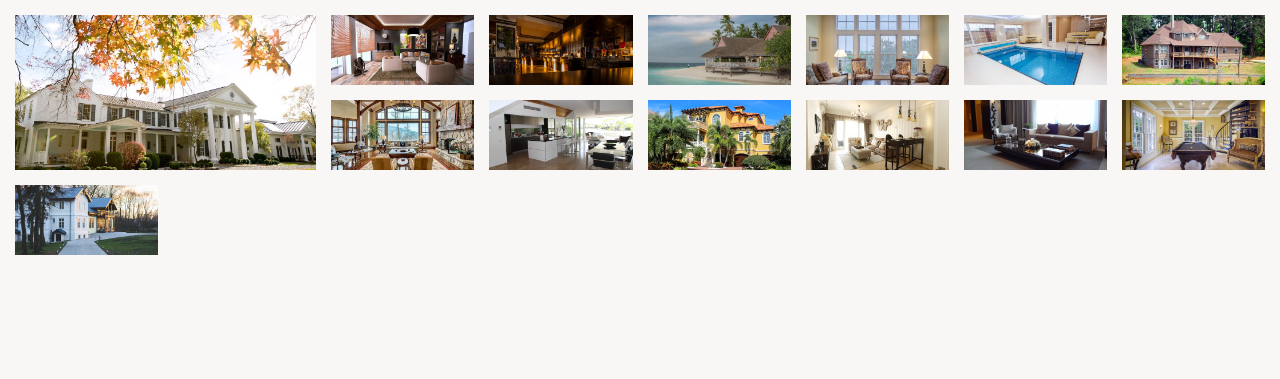
Repository: mikitran721/CSS3
Page: index.html
These files come from the project's save history. The page is drawn as it stood at one moment and after the next save; the edit follows.
The browser window is 1280 px wide. The pictures show the whole page.

Above is the page before, as saved 2023-06-18 03:53:48.

After the next save:
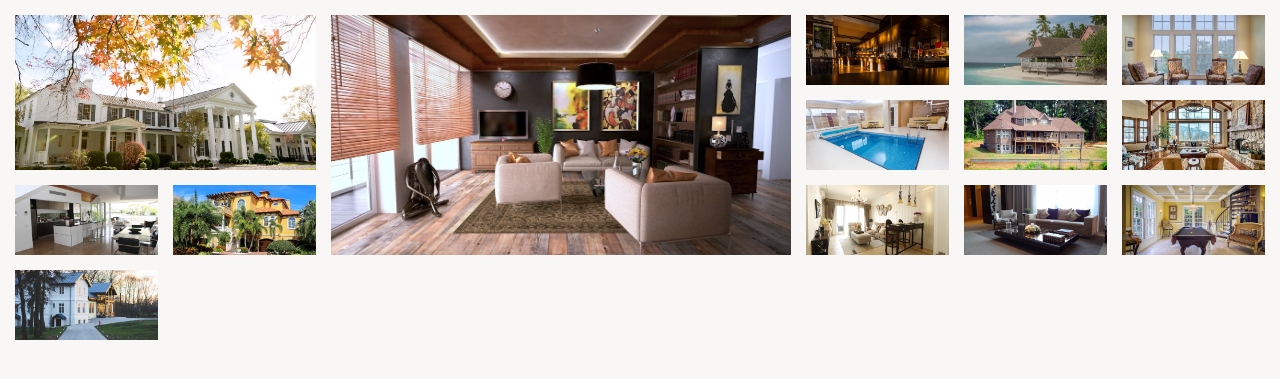
Saved 3 min 4 s later.
--- a/style.css
+++ b/style.css
@@ -162,3 +162,8 @@ html {
   grid-column: 1/3;
   grid-row: 1/3;
 }
+
+.gallery__item--2 {
+  grid-column: 3/6;
+  grid-row: 1/4;
+}
